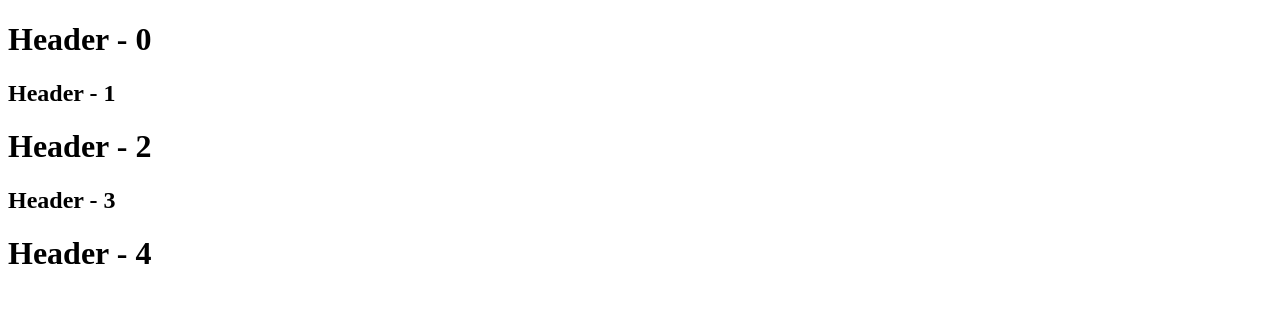
Repository: chlguswns1/web-practice
Page: jQuery/src/main/webapp/02_DOM_Search.html
These files come from the project's save history. The page is drawn as it stood at one moment and after the next save; the edit follows.
The browser window is 1280 px wide. The pictures show the whole page.

Above is the page before, as saved 2023-03-09 05:57:38.
Console error: SyntaxError: Unexpected end of input

### jQuery/src/main/webapp/02_DOM_Search.html
<!--
	문서 객체 탐색 : 선택자와 관련된 추가 메서드를 살펴보자.
-->
<!DOCTYPE html>
<html>
<head>
<meta charset="UTF-8">
<title>문서 객체 탐색</title>

<script src="./js/jquery-3.6.3.js"></script>
<script type="text/javascript">
/* 1. 기본 필터링 메서드
//   - filter() 메서드 사용 두 가지 형태
//     1) $(selector).filter(selector);
//     2) $(selector).filter(function(index){});


	$(function () {
		//예제 : 홀수번째 속성 변경.
		$('h3:even').css({
			backgroundColor:'black',
			color:'white'
		});

	//filter() 매소드 적용 형태.
		$('h3').filter(':even').css({
			backgroundColor:'black',
			color:'white'
		});
	});

	//filter() 매소드 적용 형태.2
	$('h3').filter(function(index){
		return index % 3 ==0;
	}).css({backgroundColor:'black',
		color:'white'});

	*/
/* 2. 문서 객체 탐색 종료
	// 예제1.
	// 체이닝을 사용해 한 줄로 서로 다른 문서 객체에 스타일 적용 가능

	$(function () {
		$('h3').css('background','orange').filter('even').css('color','red')
	});
	*/
	// 예제2.
	$(function() {
		/* $('h3').css('background','orange').filter(':even').css('color','white'
				).filter(':odd').css('color','red');//누적되서 진행

		$('h3').css('background','orange').filter(':even').css('color','white'
		).end().filter(':odd').css('color','red');//.end()를 붙이면 앞에꺼를 초기화 시킴
	})

	// 예제3.
	// 체이닝을 이용한 예제2의 표현
	// end() : 문서 객체 선택을 한 단계 뒤로 돌림.
	$(function () {
		$('h3').eq(3).css('background','orange');
	})
*/

/* 3. 특정 위치의 문서 객체 선택 */
//  - eq(n) : n번째 위치에 존재하는 문서 객체를 선택.
//  - first() : 첫번째 위치하는 문서 객체를 선택.
//  - last() : 마지막에 위치하는 문서 객체를 선택.



/* 4. 문서 객체 추가 선택 */
//	-add():기존 문서 객체를 포함하여 추가로 문서객체를 선택


	$(function() {
		$('h1').css('background','gray').add('h2').css('color','red')
	})
/* 5. 문서 객체의 특징 판별 */



</script>

</head>
<body>
<!--
	<h3>Header - 0</h3>
	<h3>Header - 1</h3>
	<h3>Header - 2</h3>
	<h3>Header - 3</h3>
	<h3>Header - 4</h3>
	<h3>Header - 5</h3>
-->

<!-- 4. 문서 객체 추가 선택 예시 -->
	<h1>Header - 0</h1>
	<h2>Header - 1</h2>
	<h1>Header - 2</h1>
	<h2>Header - 3</h2>
	<h1>Header - 4</h1>


<!-- 5. 문서 객체의 특징 판별
	<h1 class="select">Header - 0</h1>
	<h1>Header - 1</h1>
	<h1 class="select">Header - 2</h1>
 -->
</body>
</html>

Loaded but not shown: jQuery/src/main/webapp/js/jquery-3.6.3.js (library)

After the next save:
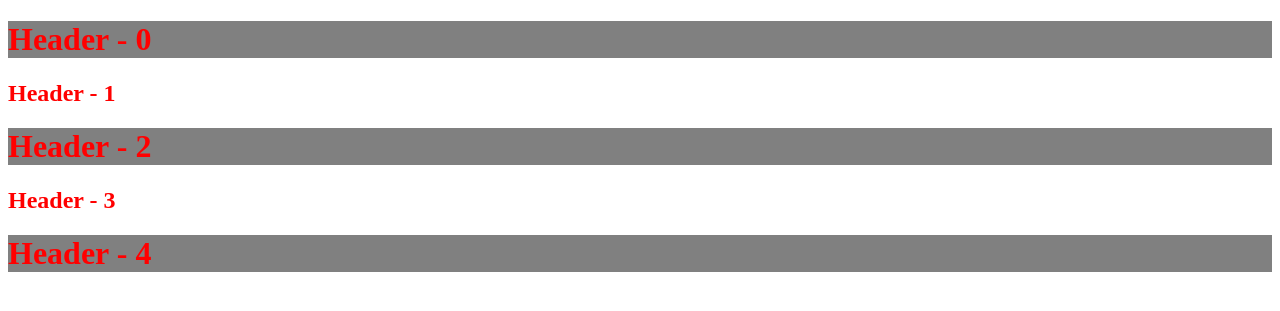
The error is gone.
Saved 55 s later.
--- a/jQuery/src/main/webapp/02_DOM_Search.html
+++ b/jQuery/src/main/webapp/02_DOM_Search.html
@@ -45,7 +45,7 @@
 	});
 	*/
 	// 예제2.
-	$(function() {
+	//$(function() {
 		/* $('h3').css('background','orange').filter(':even').css('color','white'
 				).filter(':odd').css('color','red');//누적되서 진행
 
